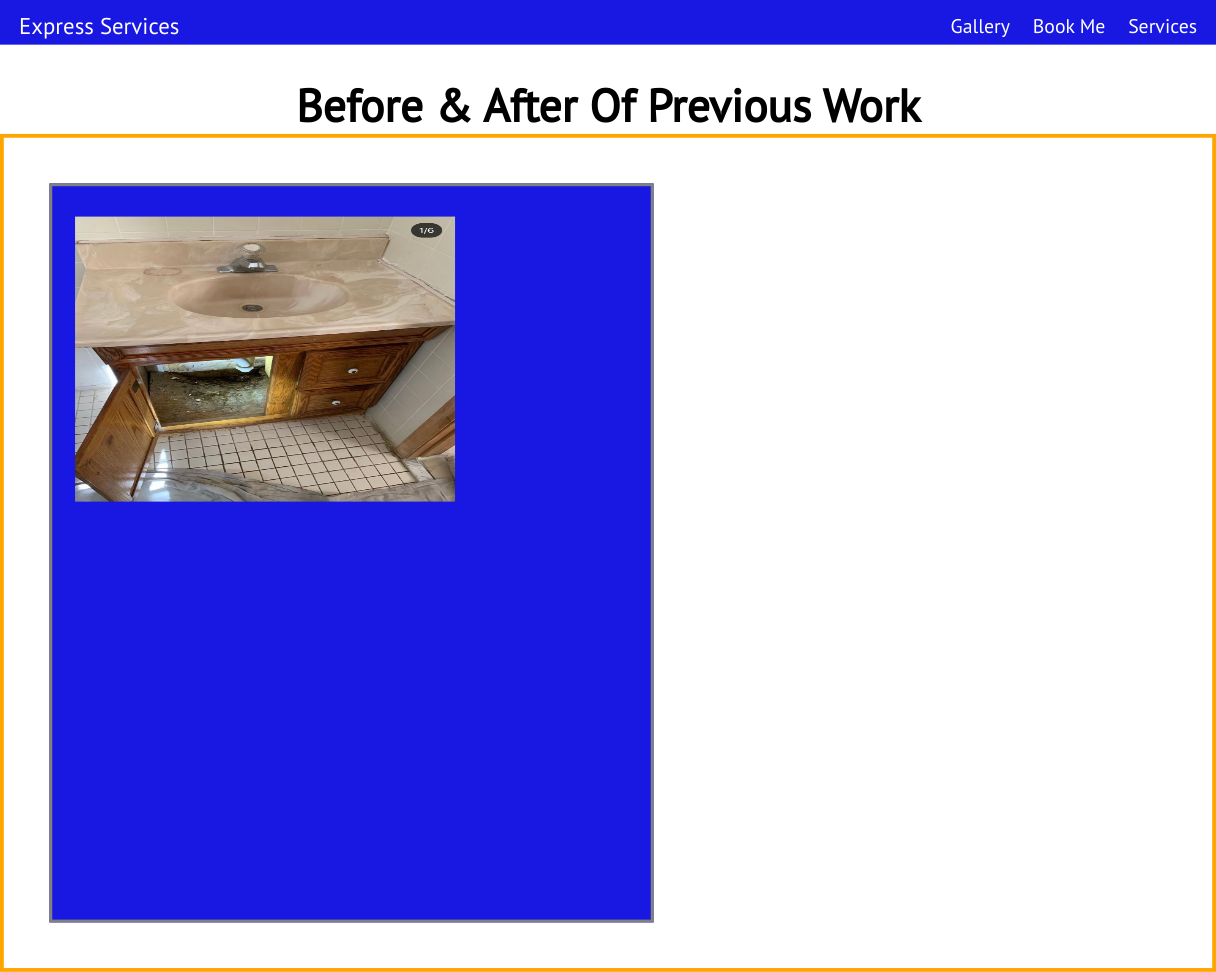
Repository: DrummerDee/mir-miami
Page: /Gallery (app in mr-miami/)
An editor plug-in stored every save of this project. The page is shown before and after a run of saves, followed by the edit.
The browser window is 1280 px wide. The pictures show the whole page, at 95% of full size.
The project was rebuilt for these pictures with package versions that can differ from the ones it lists, and the page was loaded fresh each time. Also part of the build but not shown: mr-miami/src/Styles/Services.css, mr-miami/src/Components/Services.js, mr-miami/src/Components/Homepage.js, mr-miami/src/Styles/Calendar.css, mr-miami/src/Styles/Times.css, mr-miami/src/Components/Times.js, mr-miami/src/Components/Time.js, mr-miami/src/Components/BookMe.js.

Above is the page before, as saved 2022-09-08 23:08:49.

After the next 2 saves:
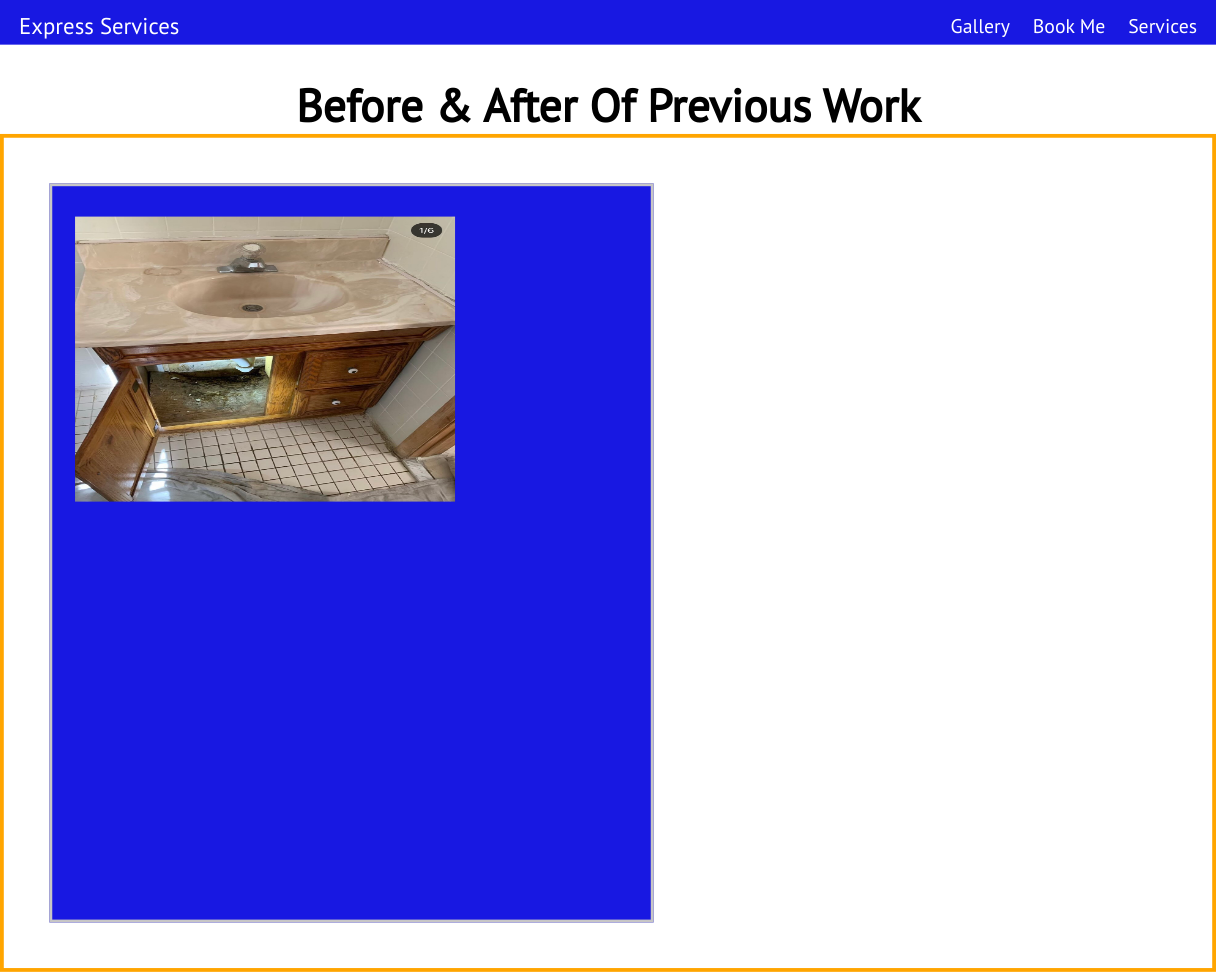
The 2 saves are shown as one change because they came seconds apart.
The last was saved 5 s later.
--- a/mr-miami/src/Styles/App.css
+++ b/mr-miami/src/Styles/App.css
@@ -26,7 +26,7 @@
   width: 50%;
   height: 100%;
   background: rgb(24, 24, 226);
-  border: 0.2rem solid grey;
+  border: 0.2rem solid rgb(199, 198, 198);
   padding: 2em 1.5em 2em 1.5em;
   position: relative;
   display: inline-block;
